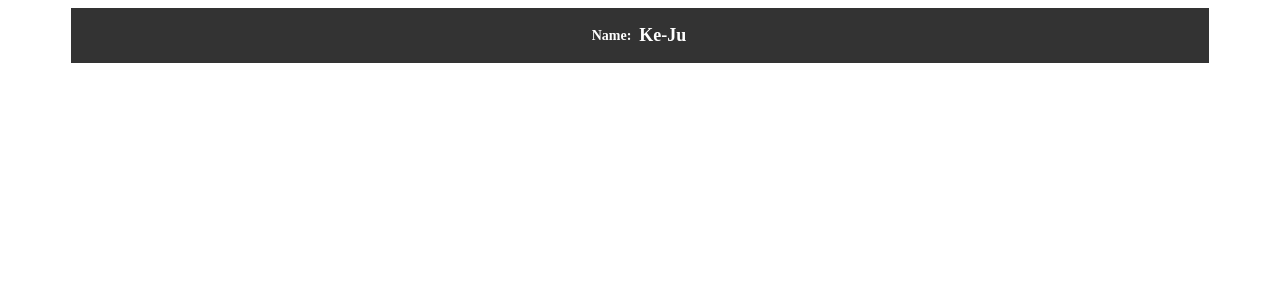
Repository: kerudai/mdiat3126nextapp
Page: /
These files come from the project's save history. The page is drawn as it stood at one moment and after the next save; the edit follows.
The browser window is 1280 px wide. The pictures show the whole page.
The project was rebuilt for these pictures with package versions that can differ from the ones it lists, and the page was loaded fresh each time. The framework's server and built-in components were replaced by stand-ins that run in the browser.

Above is the page before, as saved 2020-09-29 16:07:50.

### pages/_app.js
import './app.scss';

function MyApp({ Component, pageProps }) {
  return <Component {...pageProps} />
}

export default MyApp

### pages/index.js
import Header from '../comps/Header';

export default function Home() {
  return (
    <div className="main">
      <div>
        <Header />
      </div>

    </div>
  )
}

### pages/app.scss


@import './index.scss';

### comps/Header/index.js
import React from 'react';
import styled, {css} from 'styled-components';

const HeadTitle = styled.h1`
    font-size: 18px;
    color: ${props=>props.color ? props.color : "#FFF"};
    padding: 5px;
    ${props=>props.highlight === true && css`
    background-color: #F5A;
    margin: 10px;
    `}
`;

const SubHeadTitle = styled(HeadTitle)`
    font-size: 14px;
    padding: 3px;
`;

const HeadBox = styled.div`
    background-color: #333;
    display: flex;
    align-items: center;
    justify-content: center;
`;

const Header = ({color, highlight}) => {
    return <HeadBox>
        <SubHeadTitle color={color}>Name: </SubHeadTitle>
        <HeadTitle highlight={highlight}>Ke-Ju</HeadTitle>
    </HeadBox>;
}

Header.defaultProps = {
    color: null,
    highlight: null
};

export default Header;

### pages/index.scss
.main {
    width: 90%;
    margin: auto;
}

After the next save:
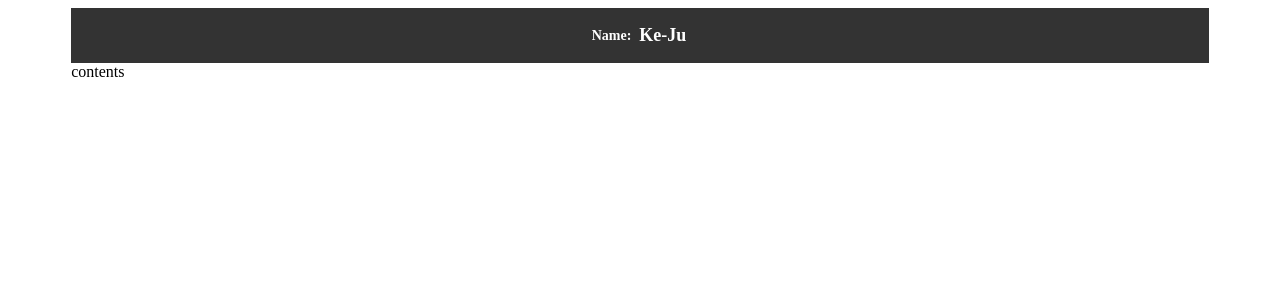
Saved 100 s later.
--- a/pages/index.js
+++ b/pages/index.js
@@ -3,10 +3,12 @@ import Header from '../comps/Header';
 export default function Home() {
   return (
     <div className="main">
-      <div>
+      <div className="header">
         <Header />
       </div>
-
+      <div className="contents">
+        contents
+      </div>
     </div>
   )
 }
